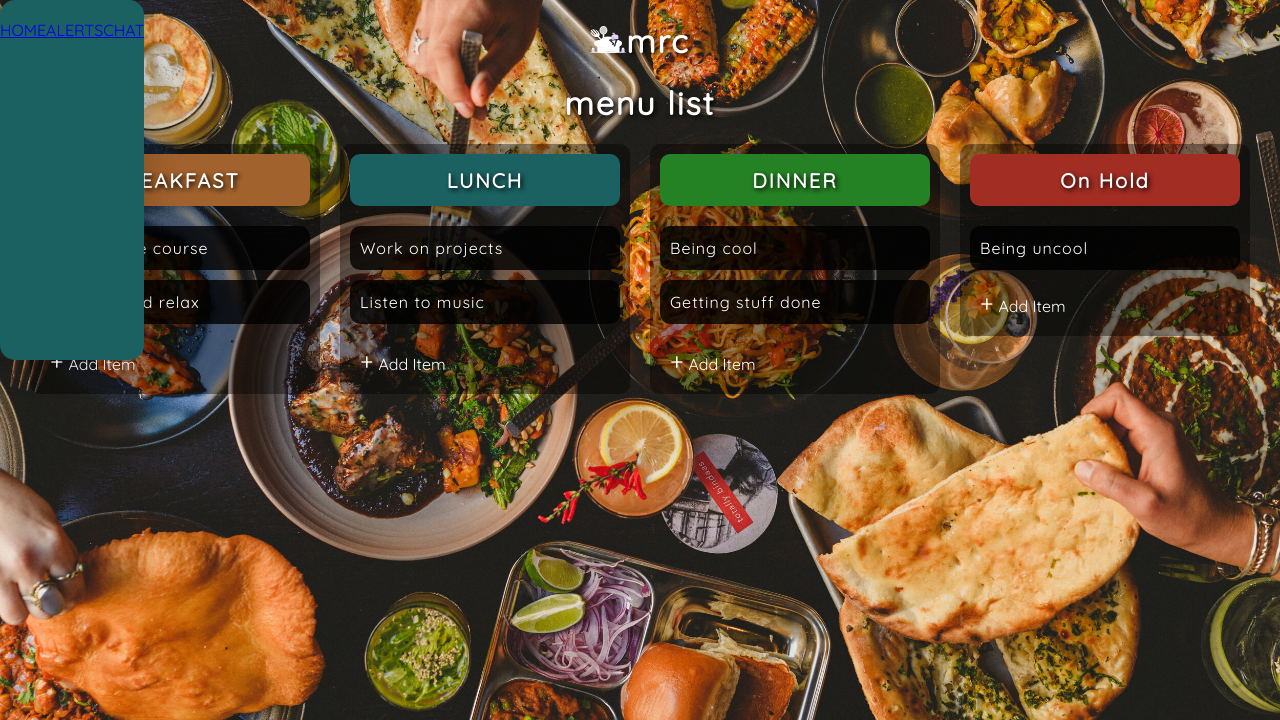
Repository: Anasooya2601/drag-and-drop
Page: index.html
These files come from the project's save history. The page is drawn as it stood at one moment and after the next save; the edit follows.
The browser window is 1280 px wide. The pictures show the whole page.

Above is the page before, as saved 2021-02-15 20:03:21.

After the next save:
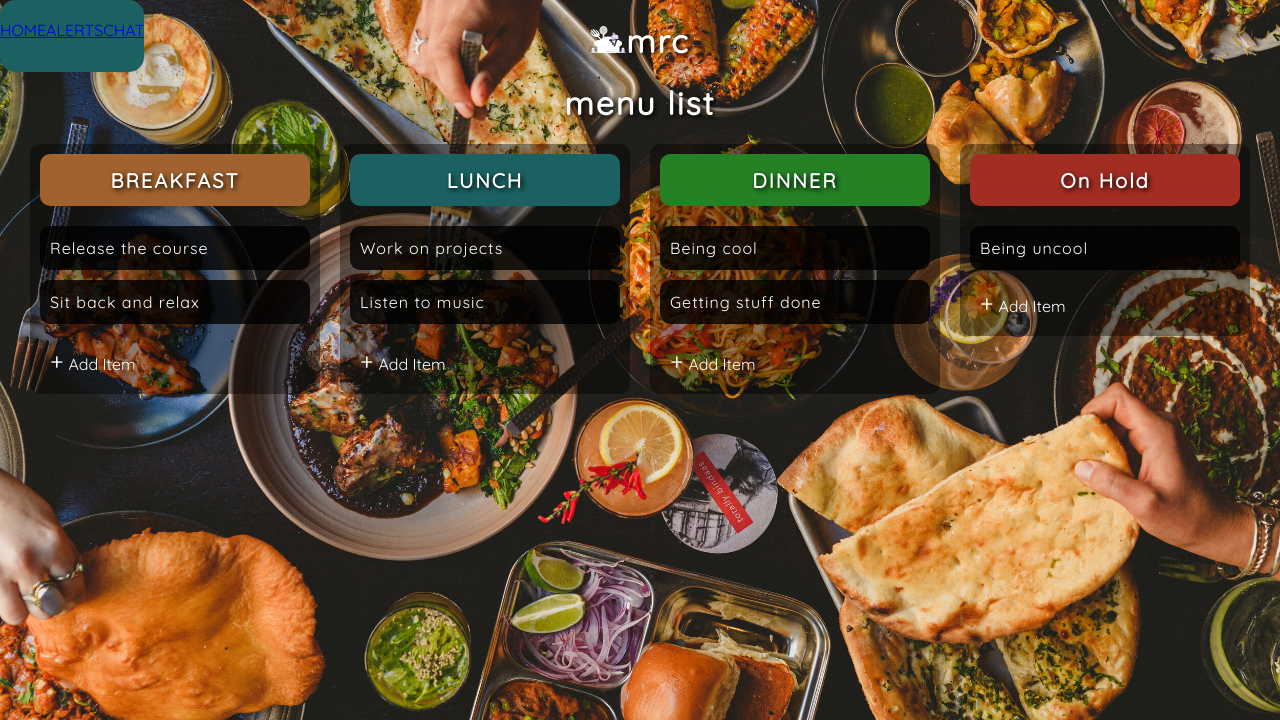
Saved 10 s later.
--- a/style.css
+++ b/style.css
@@ -27,7 +27,7 @@ nav{
   position:fixed;
   display:flex;
   background:#1b6161;
-  height:50%;
+  height:10%;
   line-height:60px;
   border-radius: 15px;
   overflow: hidden;
